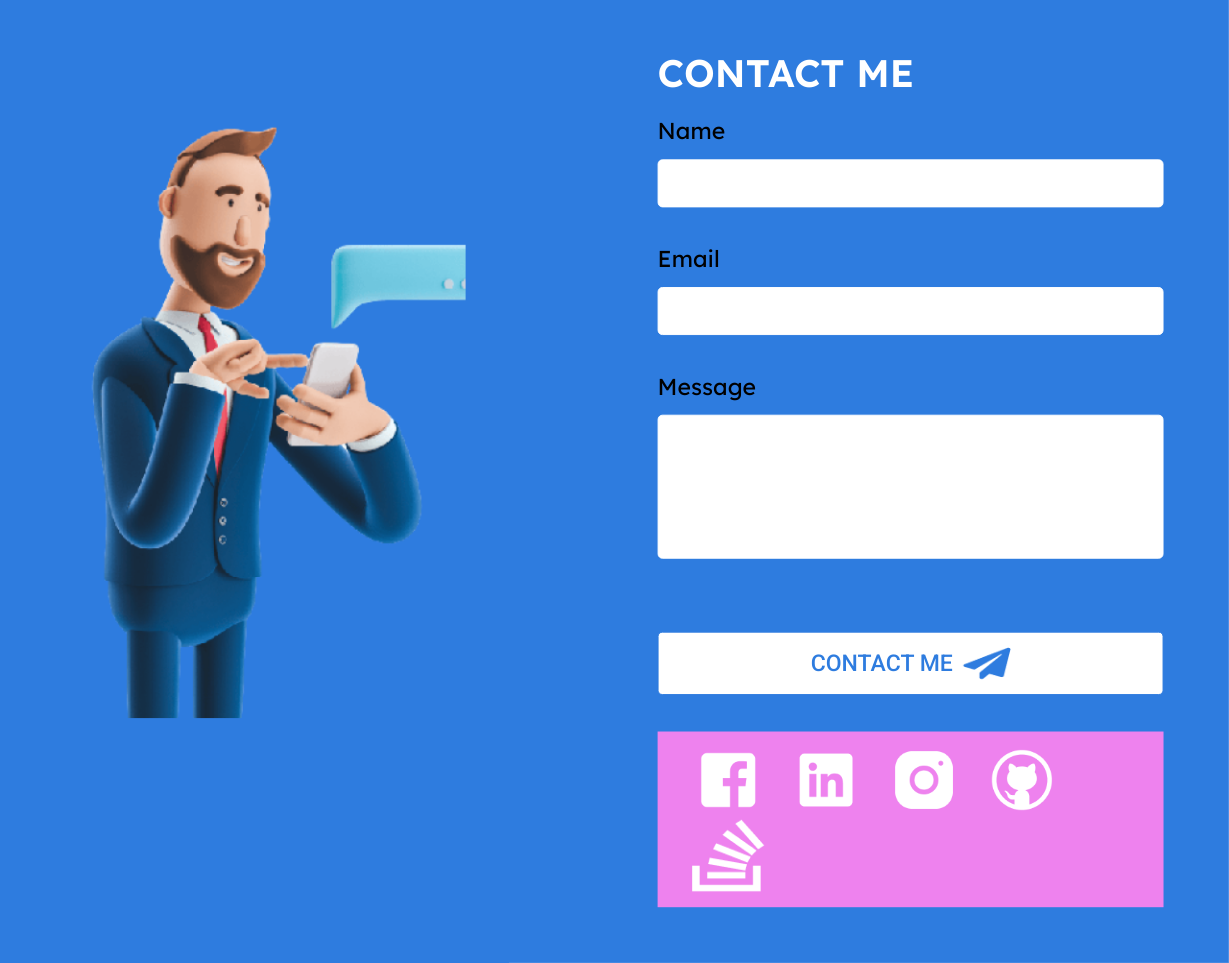
Repository: SabrinaSeydaliyeva/Task10
Page: index.html
The author's editor kept a copy of each file at every save. The page is drawn from the files as they stood at one save, then again after the next save.
The browser window is 1280 px wide. The pictures show the whole page, at 96% of full size.

Above is the page before, as saved 2023-06-01 16:37:50.

### index.html
<!DOCTYPE html>
<html lang="en">
<head>
    <meta charset="UTF-8">
    <meta http-equiv="X-UA-Compatible" content="IE=edge">
    <meta name="viewport" content="width=device-width, initial-scale=1.0">
    <title>Document</title>
    <link rel="stylesheet" href="./index.css">
</head>
<body>

    <div class="container">
        <img src="./images/cta-2-1-92c17b59fa88d0f37a14bacdde164b49-removebg-preview 1.png" alt="">

        <div class="text">
            <h1>Contact me</h1>

            <form action="">

                <label for="">
                    Name
                    <input type="text" name="" id="" placeholder="John Doe">
                </label>

                <label for="">
                    Email
                    <input type="text" name="" id="" placeholder="johndoe@gmail.com">
                </label>

                <label for="">
                    Message
                    <input class="message" type="text" name="" id="" placeholder="Message">
                </label>

                <button>
                    <p>CONTACT ME</p>
                    <img class="tvitter" src="./images/Vector.png" alt="">
                </button>

                <div class="icons">
                    <img src="./images/Facebook.png" alt="">
                    <img src="./images/LinkedIn.png" alt="">
                    <img src="./images/Instagram.png" alt="">
                    <img src="./images/GitHub.png" alt="">
                    <img src="./images/🦆 icon _Stack Overflow_.png" alt="">
                </div>

            </form>
        </div>
    </div>

</body>
</html>

### index.css
@import url('https://fonts.googleapis.com/css2?family=Lexend:wght@600&display=swap');
@import url('https://fonts.googleapis.com/css2?family=Lexend&display=swap');
@import url('https://fonts.googleapis.com/css2?family=Lexend:wght@200&display=swap');
@import url('https://fonts.googleapis.com/css2?family=Roboto:wght@500&display=swap');

* {
    margin: 0;
    padding: 0;
    box-sizing: border-box;
}

.container {
    width: 100%;
    min-height: 100vh;
    padding: 51px 68px 58px 0px;

    background: #2E7CDF;
    display: flex;
}

img {
    width: 538px;
    height: 697px;
}

.text {
    width: 50%;
    margin-left: 200px;
}

h1 {
    margin-bottom: 20px;
    font-family: 'Lexend';
    font-style: normal;
    font-weight: 600;
    font-size: 40px;
    line-height: 50px;
    text-transform: uppercase;
    color: #FFFFFF;
}

label {
    width: 100%;
    /* height: 30px; */
    font-family: 'Lexend';
    font-style: normal;
    font-weight: 400;
    font-size: 24px;
    line-height: 30px;
}

input {
    margin-top: 15px;
    width: 100%;
    height: 50px;
    /* background: #2E7CDF; */
    border: 1px solid #FFFFFF;
    border-radius: 5px;
    padding: 13px 422px 12px 29px;
}

input::placeholder {
    font-family: 'Lexend';
    font-style: normal;
    font-weight: 200;
    font-size: 20px;
    line-height: 25px;
    color: #FFFFFF;
}

.message {
    height: 150px;
}

button {
    width: 100%;
    margin-top: 38px;
    display: flex;
    justify-content: center;
    align-items: center;
    padding: 15px 0;
    background: #FFFFFF;
    border: 1px solid #2E7CDF;
    border-radius: 5px;

}

p {
margin-right: 10px;
    font-family: 'Roboto';
    font-style: normal;
    font-weight: 500;
    font-size: 24px;
    line-height: 28px;
    display: flex;
    align-items: center;
    text-transform: capitalize;
    color: #2E7CDF;
}

.tvitter {
    Width: 50px;
    Height: 34.42px;
}

.icons {
    /* width: 593px; */
    padding: 12.5px;
    background-color: violet;
}

.icons img {
    width: 75px;
    height: 75px;
    margin-left: 23px;
}
form{
    display: flex;
    flex-direction: column;
    gap: 38px;
}

After the next save:
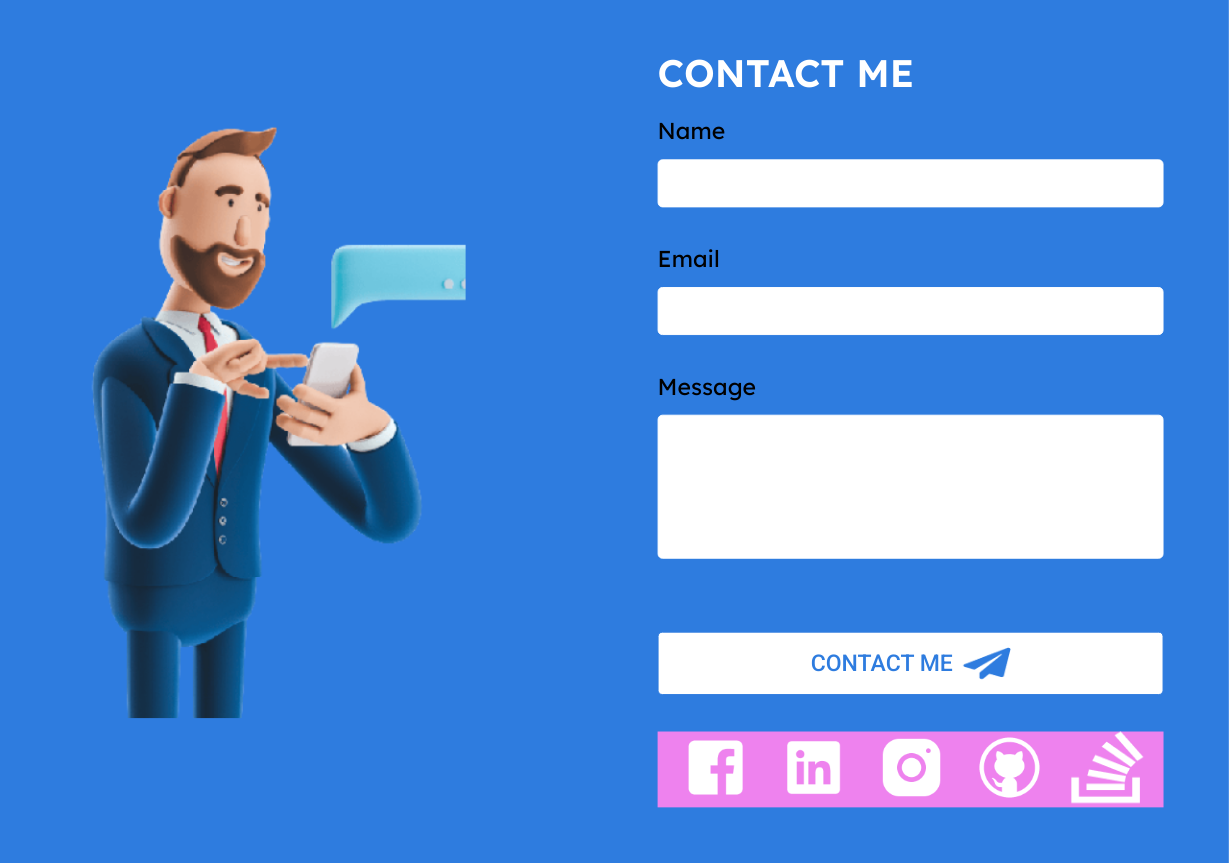
Saved 22 s later.
--- a/index.css
+++ b/index.css
@@ -105,7 +105,6 @@ margin-right: 10px;
 
 .icons {
     /* width: 593px; */
-    padding: 12.5px;
     background-color: violet;
 }
 
